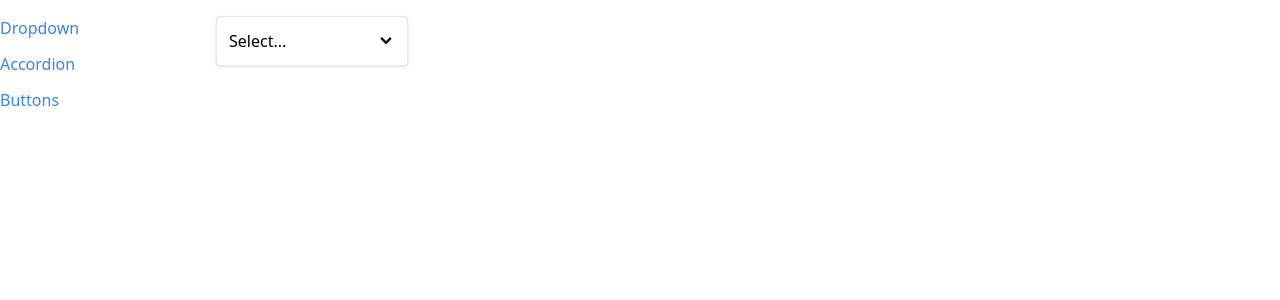
Repository: stavan30/components
Page: /
An editor plug-in stored every save of this project. The page is shown before and after the next save, followed by the edit.
The browser window is 1280 px wide. The pictures show the whole page.
The project was rebuilt for these pictures with package versions that can differ from the ones it lists, and the page was loaded fresh each time. Also part of the build but not shown: src/components/Accordion.js, src/pages/AccordionPage.js, src/components/Button.js, src/pages/ButtonPage.js.

Above is the page before, as saved 2024-03-19 01:23:38.

### src/index.js
import React from "react";
import ReactDOM from 'react-dom/client'
import './index.css'
import App from './App'
import { NavigationProvider } from "./context/navigation";

const el = document.getElementById('root')
const root = ReactDOM.createRoot(el)

root.render(
<NavigationProvider>
    <App/>
</NavigationProvider>
)

### src/App.js
import Sidebar from './components/Sidebar'
import Route from './components/Route'
import AccordionPage from './pages/AccordionPage'
import DropdownPage from './pages/DropdownPage'
import ButtonPage from './pages/ButtonPage'

const App = () => {
  return (
    <div className='container mx-auto grid grid-cols-6 gap-4 mt-4'>
        <Sidebar/>
        <div className='col-span-5'>
            <Route path='/accordion'>
                <AccordionPage/>
            </Route>
            <Route path='/'>
                <DropdownPage/>
            </Route>
            <Route path='/buttons'>
                <ButtonPage/>
            </Route>
        </div>
    </div>
  )
}

export default App

### src/context/navigation.js
import { createContext, useEffect, useState } from "react";

const NavigationContext = createContext();

function NavigationProvider({children}){

    const [currentPath, setCurrentPath] = useState(window.location.pathname)

    useEffect(()=>{
        const handler = () =>{
            setCurrentPath(window.location.pathname)
        }
        window.addEventListener('popstate', handler)

        return ()=>{
            window.removeEventListener('popstate', handler)
        }
    }, [])

    const navigate = (to)=>{
        window.history.pushState({}, '', to)
        setCurrentPath(to)
    }

    return(
        <NavigationContext.Provider value={{ currentPath, navigate}}>
            {children}
        </NavigationContext.Provider>
    )
}

export {NavigationProvider};
export default NavigationContext;

### src/components/Sidebar.js
import React from 'react'
import Link from './Link'

const Sidebar = () => {

    const links = [
        {label: 'Dropdown', path: '/'},
        {label: 'Accordion', path: '/accordion'},
        {label: 'Buttons', path: '/buttons'}
    ]

    const renderedLinks = links.map((link)=>{
        return <Link key={link.label} to={link.path} className='mb-3' activeClassName='font-bold border-l-4 border-blue-500 pl-2'>{link.label}</Link>
    })
  return (
    <div className='sticky top-0 overflow-y-scroll flex flex-col items-start'>
        {renderedLinks}
    </div>
  )
}

export default Sidebar

### src/components/Route.js

import useNavigation from '../hooks/use-navigation';

const Route = ({path, children}) => {
    const { currentPath } = useNavigation();

    if(path === currentPath){
        return children;
    }

    return null;
}

export default Route

### src/pages/DropdownPage.js
import React from "react"
import Dropdown from "../components/Dropdown"
import { useState } from "react"

const DropdownPage = () => {

    const [selection, setSelection] = useState(null)

    const handleSelect = (option)=>{
        setSelection(option)
    }

    const options = [
        {label: 'Red', value: 'red'},
        {label: 'Green', value: 'green'},
        {label: 'Blue', value: 'blue'},
    ]

  return (
    <div>
        <Dropdown value={selection} onChange={handleSelect} options={options}/>
    </div>
  )
}

export default DropdownPage

### src/components/Link.js
import React from 'react'
import useNavigation from '../hooks/use-navigation'
import classNames from 'classnames'

const Link = ({to, children, className }) => {

    const { navigate } = useNavigation();

    const classes = classNames('text-blue-500', className)

    const handleClick = (event)=>{
        if(event.metaKey || event.ctrlKey){
            return
        }
        event.preventDefault()

        navigate(to);
    }
  return (
    <a className={classes} href={to} onClick={handleClick}>{children}</a>
  )
}

export default Link

### src/hooks/use-navigation.js
import { useContext } from "react";
import NavigationContext from "../context/navigation";

function useNavigation(){
    return useContext(NavigationContext)
}

export default useNavigation

### src/components/Dropdown.js
import React from 'react'
import { useState, useEffect, useRef } from 'react'
import { GoChevronDown } from "react-icons/go";


const Dropdown = ({options, value, onChange}) => {
    const [isOpen, setIsOpen] = useState(false)
    const divEl = useRef();

    useEffect(()=>{
        const handler = (event)=>{
            if(!divEl.current){
                return;
            }

            if(!divEl.current.contains(event.target)){
                setIsOpen(false)
            }
        }

        document.addEventListener('click', handler, true)

        return ()=>{
            document.removeEventListener('click', handler)
        }
    },[])

    const handleClick = ()=>{
        setIsOpen(!isOpen)
    }

    const handleOptionClick = (option)=> {
        setIsOpen(false)

        onChange(option)
    }

    const renderedOptions = options.map((option) => {
        return (
        //Rather than passing in our handler directly to onClick we put it wrapped version of it - video number: 199.
        <div className='hover:bg-sky-100 rounded cursor-pointer p-1' onClick={()=> handleOptionClick(option)} key={option.value}>
            {option.label}
        </div>
        )
    })

    let content = 'Select...'

    if(value){
        content = value.label
    }

  return (
    <div ref={divEl} className='w-48 relative'>
        <div className='flex justify-between items-center cursor-pointer border rounded p-3 shadow bg-white w-full' onClick={handleClick}>
            {content}
            <GoChevronDown className='text-lg'/>
        </div>
        {/* && and || JS Boolean Expression */}
        {isOpen && <div className='absolute top-full border rounded p-3 shadow bg-white w-full'>{renderedOptions}</div>}
    </div>
  )
}

export default Dropdown

Loaded but not shown: public/index.html (common file); src/index.css (common file); tailwind.config.js (common file)

After the next save:
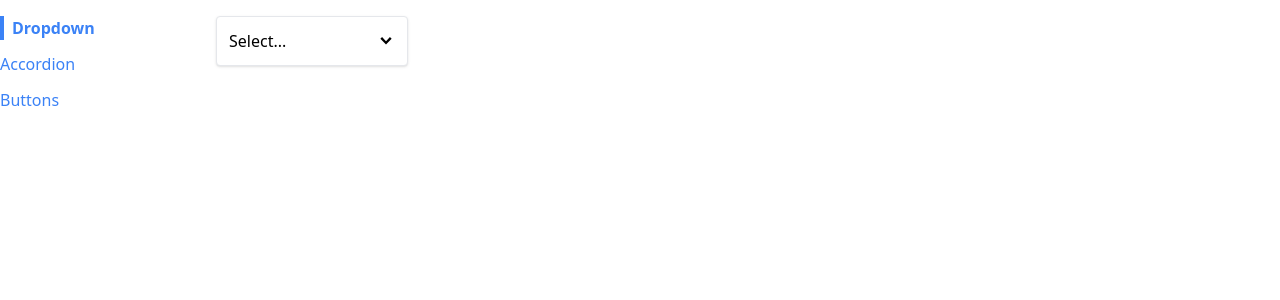
Saved 4 min 14 s later.
--- a/src/components/Link.js
+++ b/src/components/Link.js
@@ -2,11 +2,15 @@ import React from 'react'
 import useNavigation from '../hooks/use-navigation'
 import classNames from 'classnames'
 
-const Link = ({to, children, className }) => {
+const Link = ({to, children, className, activeClassName }) => {
 
-    const { navigate } = useNavigation();
+    const { navigate, currentPath } = useNavigation();
 
-    const classes = classNames('text-blue-500', className)
+    const classes = classNames(
+      'text-blue-500',
+      className,
+      currentPath === to && activeClassName
+      )
 
     const handleClick = (event)=>{
         if(event.metaKey || event.ctrlKey){
